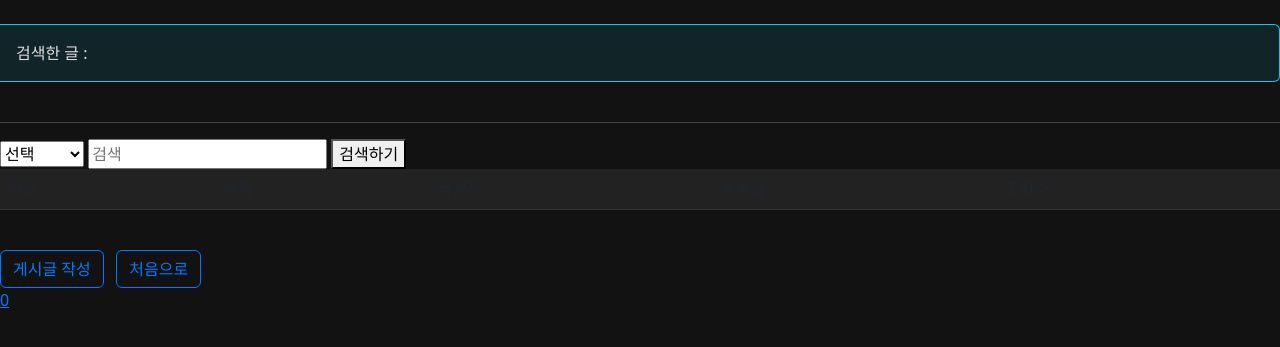
Repository: bbqju13/simai
Page: http://localhost/zip/WEB-INF/views/board/list.jsp
An editor plug-in stored every save of this project. The page is shown before and after the next save, followed by the edit.
The browser window is 1280 px wide. The pictures show the whole page.
The page is served by Tomcat 9. Nobody is signed in. Other server files are loaded and not shown. The template is opened directly, without the code that normally fills it, so the values that code supplies are empty.

Above is the page before, as saved 2023-06-19 05:55:57.

### zip/src/main/webapp/WEB-INF/views/board/list.jsp
<%@ page language="java" contentType="text/html; charset=UTF-8"
	pageEncoding="UTF-8"%>
<%@ taglib uri="http://java.sun.com/jsp/jstl/core" prefix="c"%>
<!DOCTYPE html>
<html>
<head>
<meta charset="UTF-8">
<link
	href="https://cdn.jsdelivr.net/npm/bootstrap@5.2.3/dist/css/bootstrap.min.css"
	rel="stylesheet"
	integrity="sha384-rbsA2VBKQhggwzxH7pPCaAqO46MgnOM80zW1RWuH61DGLwZJEdK2Kadq2F9CUG65"
	crossorigin="anonymous">
<script
	src="https://cdn.jsdelivr.net/npm/bootstrap@5.2.3/dist/js/bootstrap.bundle.min.js"
	integrity="sha384-kenU1KFdBIe4zVF0s0G1M5b4hcpxyD9F7jL+jjXkk+Q2h455rYXK/7HAuoJl+0I4"
	crossorigin="anonymous"></script>
<link rel="stylesheet" href="/resources/css/list.css">
<title>Board list</title>
</head>
<body>

	<br>
	<div
		class="p-3 bg-info bg-opacity-10 border border-info border-start-0 rounded-end">
		<span>검색한 글 : ${ph.totalCnt }</span>
	</div>
	<br>
	<hr>
	<form action="/board/list" method="get">
		<div>
			<c:set value="${ph.pgvo.type }" var="typed"></c:set>
			<select name="type">
				<option ${typed == null ? 'selected' : ''}>선택</option>
				<option value="t" ${typed eq 't' ? 'selected' : '' }>|제목|</option>
				<option value="c" ${typed eq 'c' ? 'selected' : '' }>|내용|</option>
				<option value="w" ${typed eq 'w' ? 'selected' : '' }>|작성자|</option>
			</select> <input type="text" name="keyword" placeholder="검색"> <input
				type="hidden" name="pageNo" value="${ph.pgvo.pageNo }"> <input
				type="hidden" name="qty" value="${ph.pgvo.qty }">
			<button type="submit">검색하기</button>
		</div>
	</form>

	<table class="table table-striped">
		<thead>
			<tr>
				<th>번호</th>
				<th>제목</th>
				<th>작성자</th>
				<th>등록일</th>
				<th>조회수</th>
			</tr>
		</thead>
		<tbody>
			<c:forEach items="${list }" var="board">
				<tr>
					<td>${board.bno }</td>
					<td><a href="/board/detail?bno=${board.bno }">
							${board.title }</a></td>
					<td>${board.writer }</td>
					<td>${board.reg_date }</td>
					<td>${board.read_cnt }</td>
				</tr>
			</c:forEach>
		</tbody>
	</table>
	<br>
	<div class="btn-group" role="group" aria-label="Basic outlined example">
		<a href="/board/register">
			<button type="button" class="btn btn-outline-primary">게시글 작성</button>
		</a> &nbsp &nbsp <a href="/">
			<button type="button" class="btn btn-outline-primary">처음으로</button>
		</a>
	</div>
	<div>
		<c:if test="${ph.prev }">
			<a
				href="/board/list?pageNo=${ph.startPage - 1 }&qty=${ph.pgvo.qty}&type=${ph.pgvo.type}&keyword=${ph.pgvo.keyword}">◀
				| </a>
		</c:if>

		<c:forEach begin="${ph.startPage }" end="${ph.endPage }" var="i">
			<a
				href="/board/list?pageNo=${i }&qty=${ph.pgvo.qty}&type=${ph.pgvo.type}&keyword=${ph.pgvo.keyword}">
				${i } </a>
		</c:forEach>


		<c:if test="${ph.next }">
			<a
				href="/board/list?pageNo=${ph.endPage + 1 }&qty=${ph.pgvo.qty}&type=${ph.pgvo.type}&keyword=${ph.pgvo.keyword}">
				| ▶</a>
		</c:if>
	</div>
</body>
</html>

### zip/src/main/webapp/resources/css/list.css
@charset "UTF-8";

body {
	background-color: #121212;
	color: #ddd;
}

.table {
	background-color: #222;
	border-color: #333;
}

.btn-outline-primary {
	border-color: #007bff;
	color: #007bff;
	background-color: transparent;
}

.btn-outline-primary:hover {
	background-color: #007bff;
	color: #fff;
}

a, a:hover {
	color: #007bff;
}

After the next save:
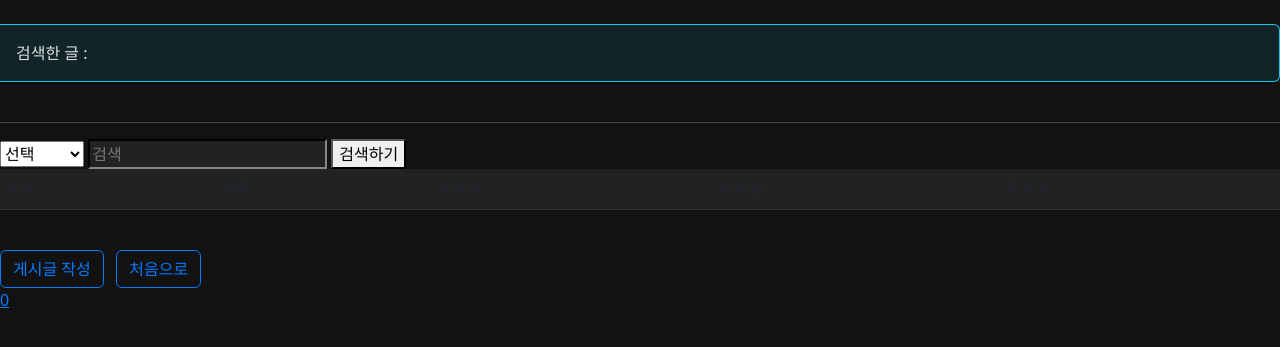
Saved 2 min 5 s later.
--- a/zip/src/main/webapp/resources/css/list.css
+++ b/zip/src/main/webapp/resources/css/list.css
@@ -24,3 +24,9 @@ body {
 a, a:hover {
 	color: #007bff;
 }
+
+input[type="text"], select.form-select {
+	background-color: #222;
+	color: #ddd;
+	border-color: #333;
+}
